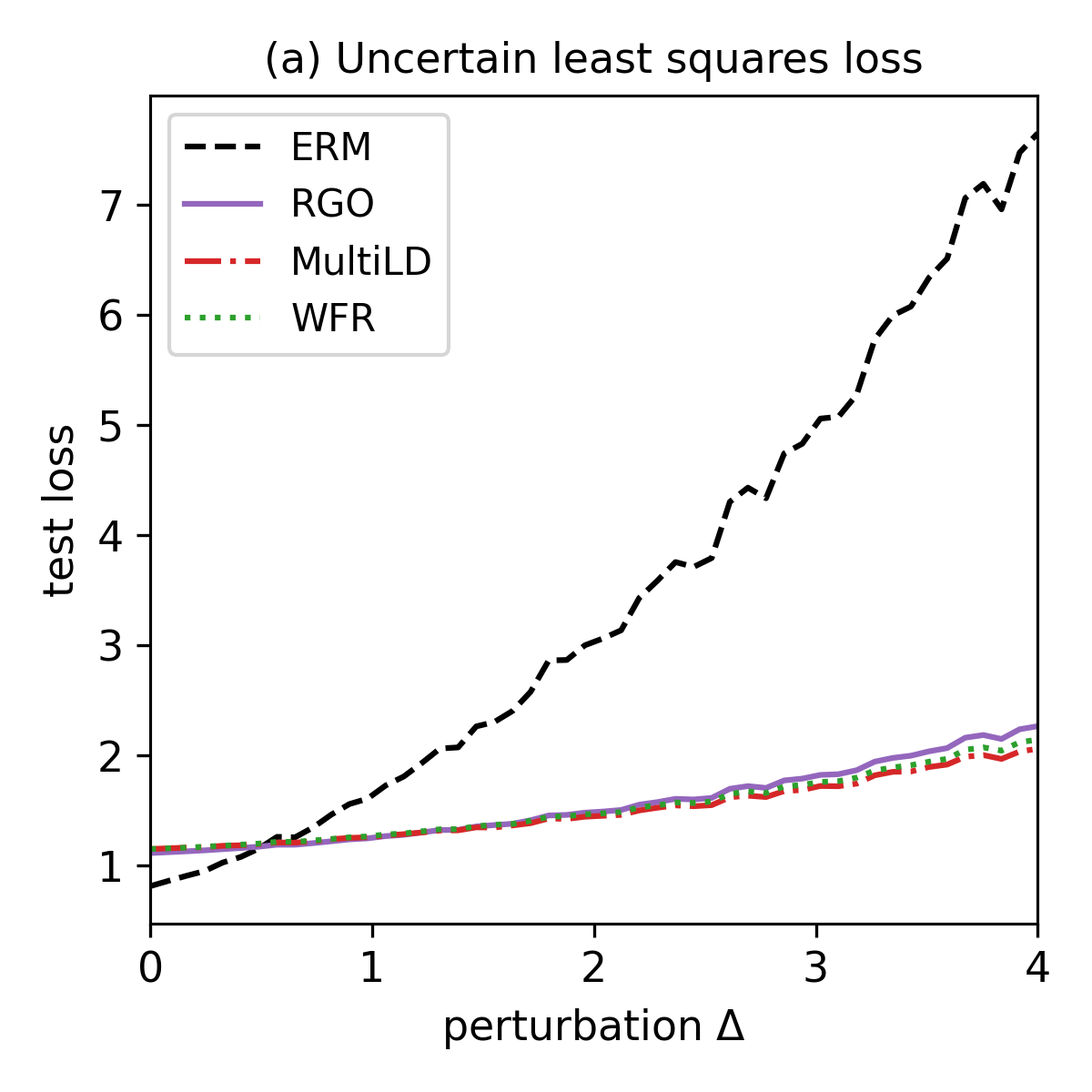
Repository: ZusenXu/GFS-DRO
Script's output: python uncertain_least_squares/uncertain_least_squares.py
The author's editor kept a copy of each file at every save. The script's output is drawn from the files as they stood at one save, then again after the next save.
The pictures are shown at 91% of full size.
Random numbers start from a fixed seed.

Above is the script's output before, as saved 2025-09-13 20:50:56.

After the next save:
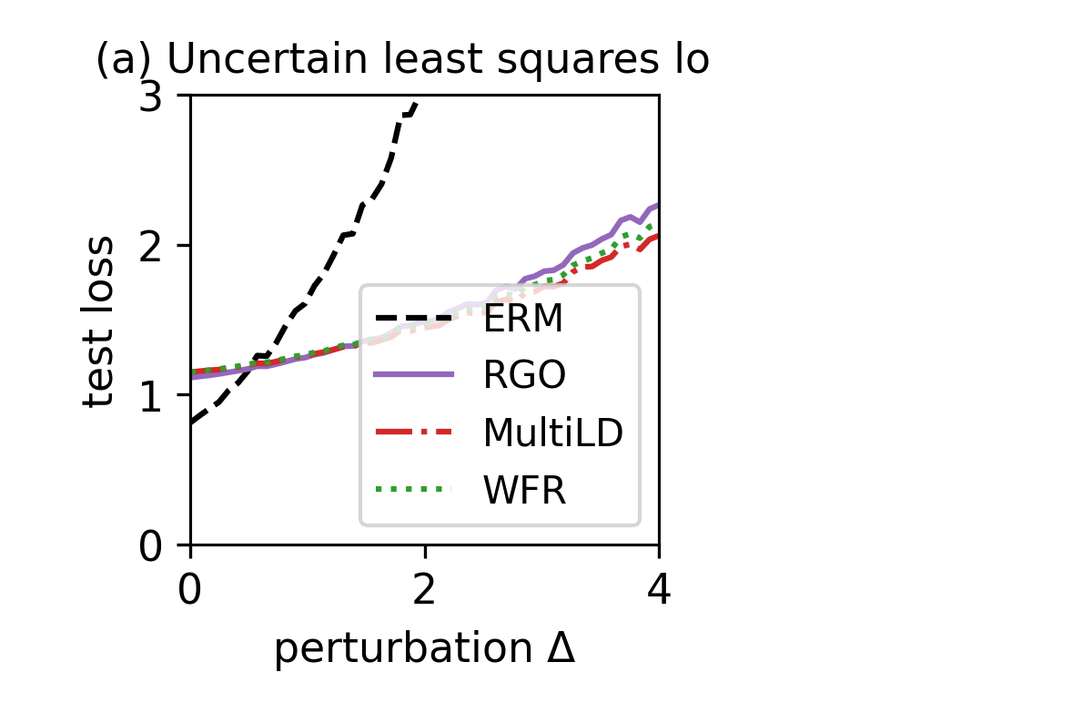
Saved 58 s later.
--- a/uncertain_least_squares/uncertain_least_squares.py
+++ b/uncertain_least_squares/uncertain_least_squares.py
@@ -254,7 +254,7 @@ def run_experiment():
 # --- 10. 结果可视化 ---
 def plot_results(delta_values, results):
     """ 绘制所有模型损失随扰动 delta 变化的曲线 """
-    fig, ax = plt.subplots(figsize=(4, 4), dpi=300)
+    fig, ax = plt.subplots(figsize=(2.613, 2.613), dpi=300)
 
     styles = {
         'ERM': {'color': 'k', 'linestyle': '--', 'label': 'ERM'},
@@ -273,6 +273,7 @@ def plot_results(delta_values, results):
     for spine in ax.spines.values():
         spine.set_linewidth(0.75)
     ax.set_xlim(0, 4)
+    ax.set_ylim(0, 3)
     ax.grid(False)
     ax.legend(fontsize=10)
     plt.tight_layout()
